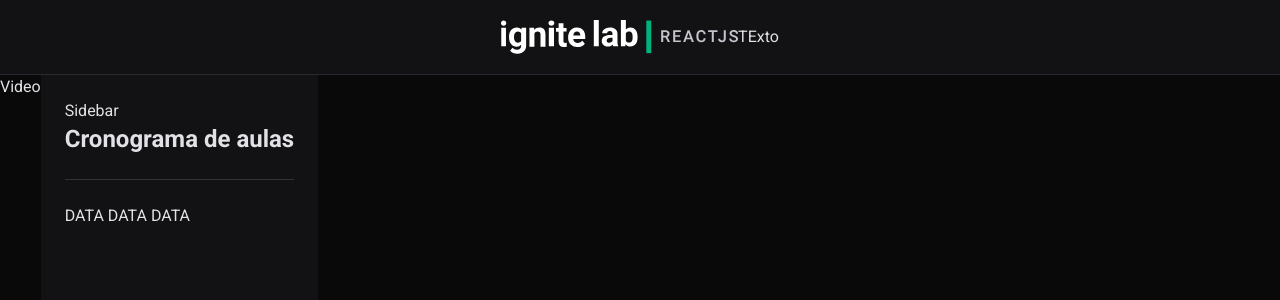
Repository: weltergab/Event_Plataform-IgniteLab
Page: /event
An editor plug-in stored every save of this project. The page is shown before and after the next save, followed by the edit.
The browser window is 1280 px wide. The pictures show the whole page.
The page's requests for data from a server got no answer. The project was rebuilt for these pictures with package versions that can differ from the ones it lists, and the page was loaded fresh each time. No one was signed in, and anything a server would have sent is missing. Also part of the build but not shown: vite.config.ts.

Above is the page before, as saved 2022-06-24 16:52:01.

After the next save:
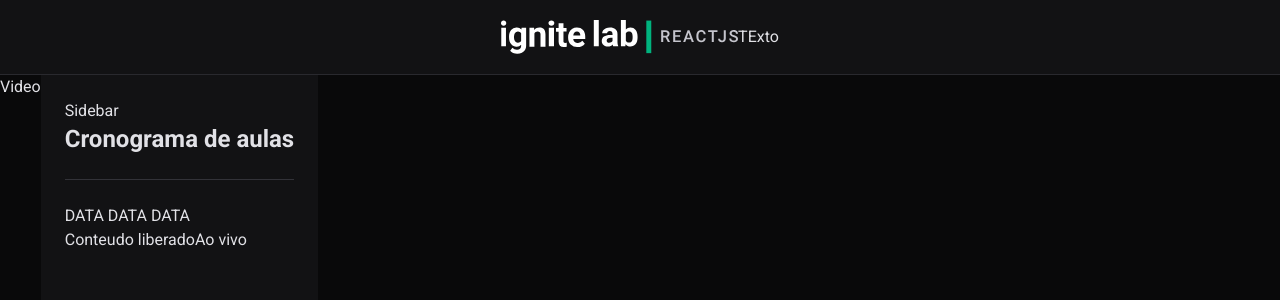
Saved 49 s later.
--- a/src/components/Lesson.tsx
+++ b/src/components/Lesson.tsx
@@ -1,10 +1,19 @@
 export function Lesson() {
     return (
         <a href="#">
-            <span>DATA DATA DATA</span>
+            <span>
+                DATA DATA DATA
+            </span>
 
             <div>
-                <header></header>
+                <header>
+                    <span>
+                        Conteudo liberado
+                    </span>
+                    <span>
+                        Ao vivo
+                    </span>
+                </header>
             </div>
         </a>
 
